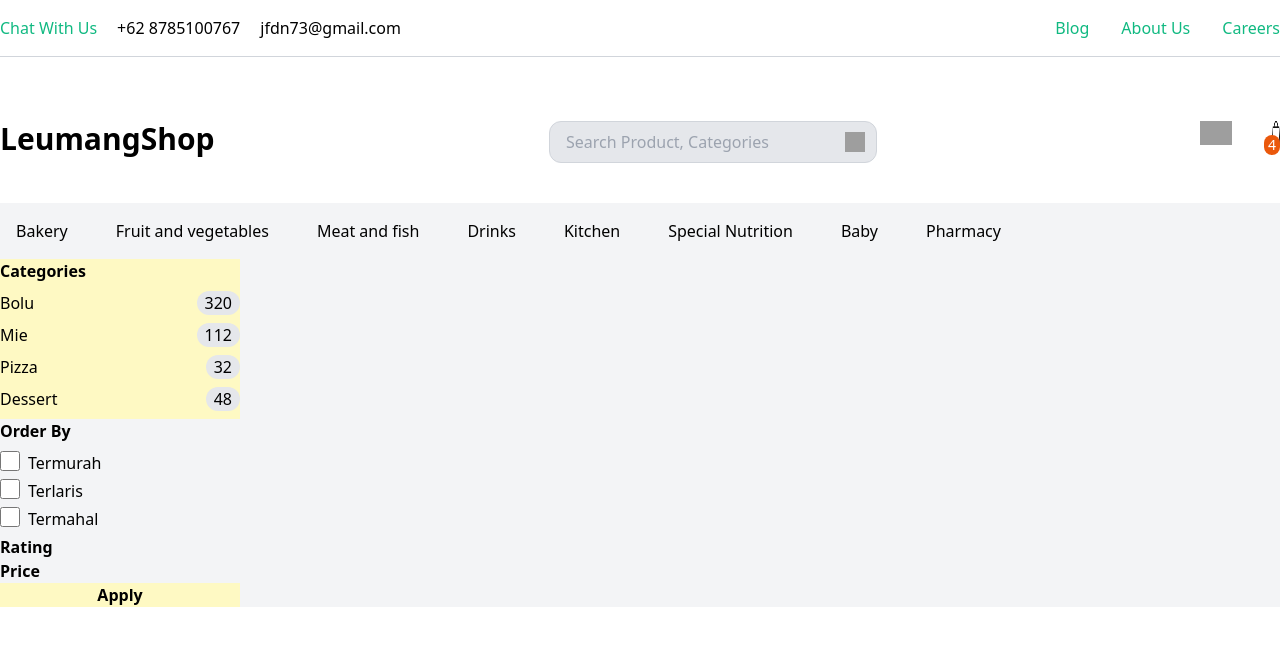
Repository: jafetdn73/ecommerce-tailwind
Page: /
An editor plug-in stored every save of this project. The page is shown before and after the next save, followed by the edit.
The browser window is 1280 px wide. The pictures show the whole page.
Pictures or frames that could not be fetched are drawn as grey boxes. The project was rebuilt for these pictures with package versions that can differ from the ones it lists, and the page was loaded fresh each time. Also part of the build but not shown: src/App.css.

Above is the page before, as saved 2022-03-13 22:44:22.

After the next save:
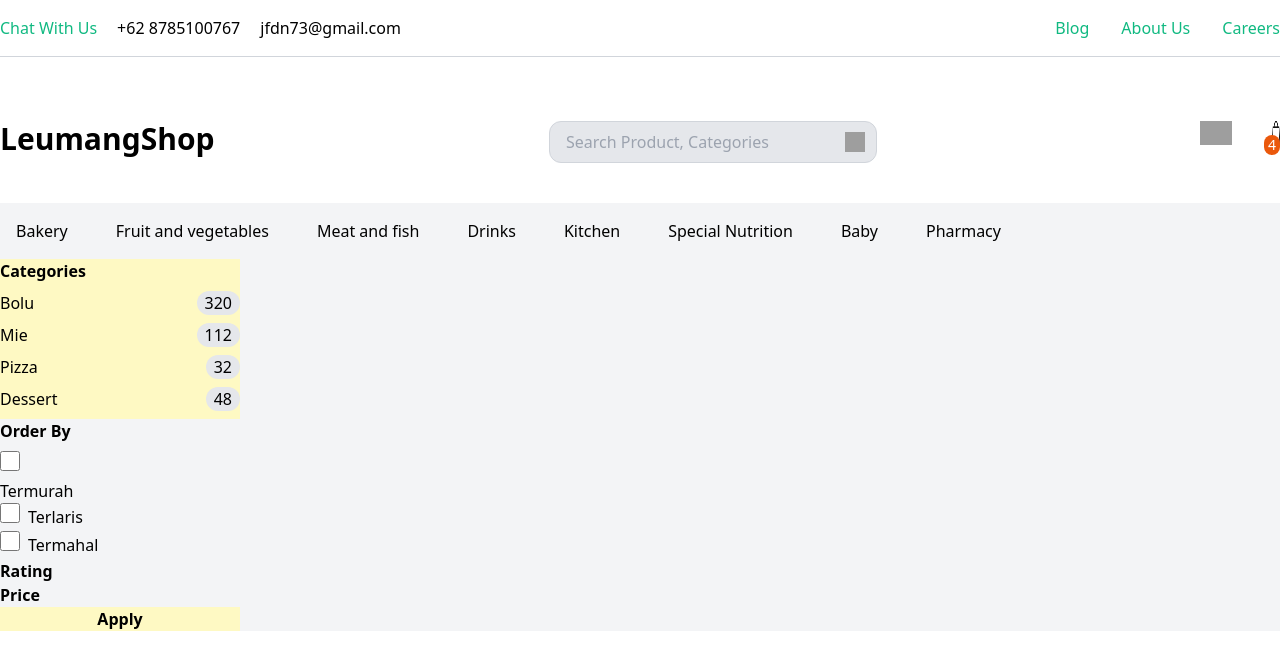
Saved 43 s later.
--- a/src/App.js
+++ b/src/App.js
@@ -78,15 +78,15 @@ function App() {
           {/* Order By Categories */}
           <div className="bg-gray-100 flex flex-col">
             <h1 className="font-bold mb-2">Order By</h1>
-           <div className="flex">
+           <div>
              <input type="checkbox" className="bg-lime-600 w-5 h-5 mr-2 mb-2">
                </input>
                <div >Termurah</div>
           </div>
-          <div className="flex">
-            <input type="checkbox"  className="bg-lime-600 w-5 h-5 mr-2 mb-2"></input><div>Terlaris</div>
+          <div>
+            <input type="checkbox"  className="bg-lime-600 w-5 h-5 mr-2 mb-2"></input><label>Terlaris</label>
           </div>
-          <div className="flex">
+          <div>
             <input type="checkbox"  className="bg-lime-600 w-5 h-5 mr-2 mb-2"></input><label>Termahal</label>
           </div>
           </div>
